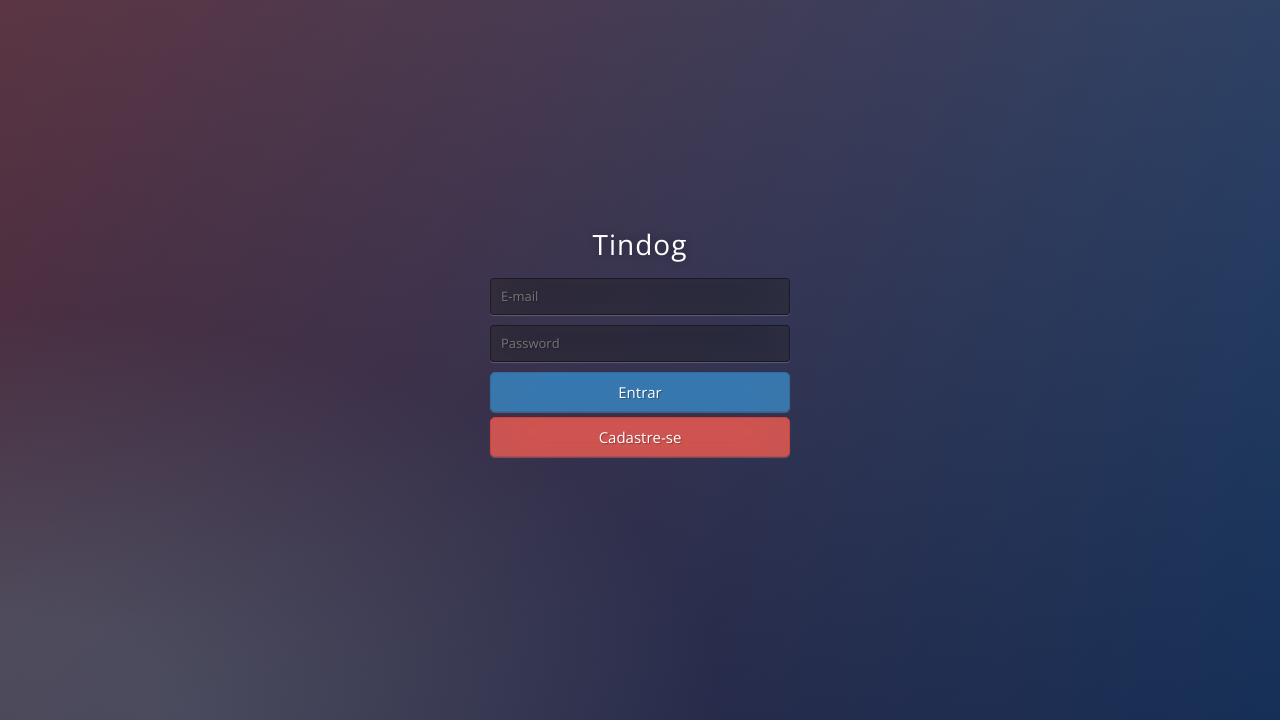
Repository: moises2112/Projetos
Page: http://localhost/Dog/LoginController.do?action=logar
These files come from the project's save history. The page is drawn as it stood at one moment and after the next save; the edit follows.
The browser window is 1280 px wide. The pictures show the whole page.
Some web libraries are served in a nearby version. The page is served by Tomcat 9.

Above is the page before, as saved 2017-06-13 00:50:01.

After the next save:
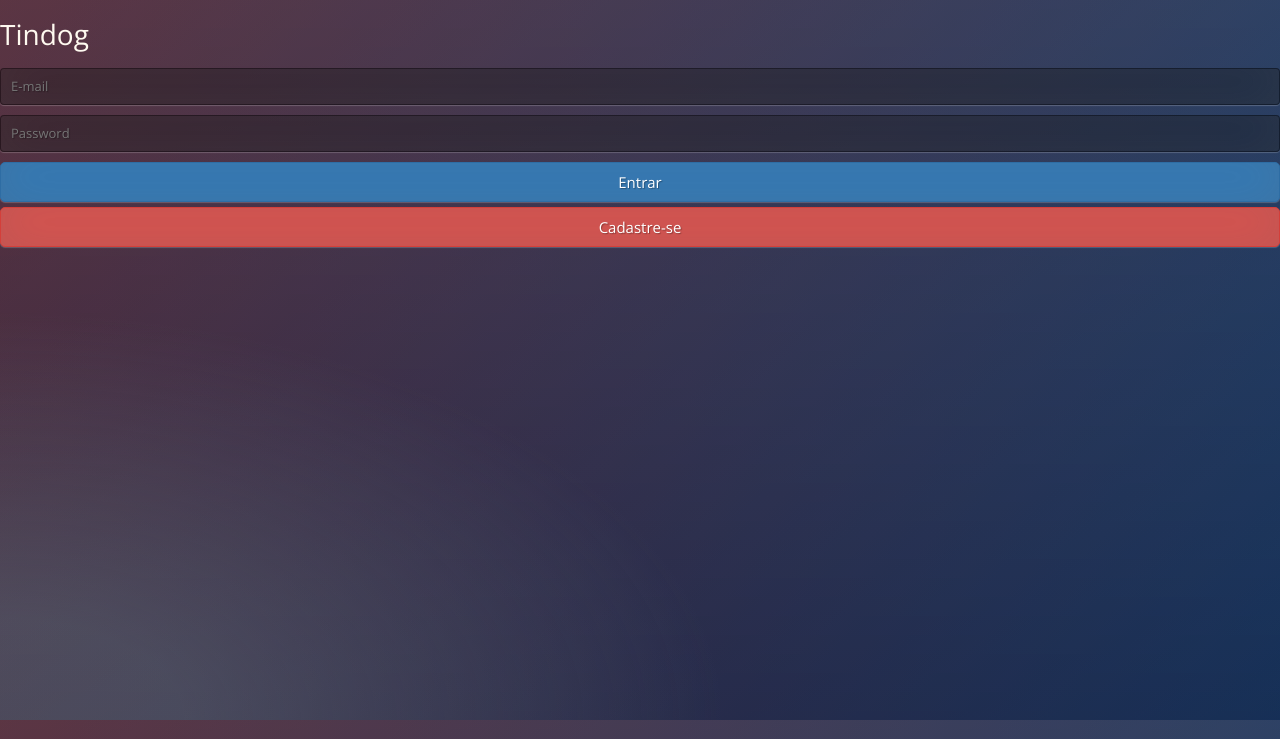
Saved 22 h 54 min later.
--- a/Dog/WebContent/login.jsp
+++ b/Dog/WebContent/login.jsp
@@ -82,22 +82,6 @@ body {
 		endColorstr='#092756', GradientType=1);
 }
 
-.login {
-	position: absolute;
-	top: 50%;
-	left: 50%;
-	margin: -150px 0 0 -150px;
-	width: 300px;
-	height: 300px;
-}
-
-.login h1 {
-	color: #fff;
-	text-shadow: 0 0 10px rgba(0, 0, 0, 0.3);
-	letter-spacing: 1px;
-	text-align: center;
-}
-
 input {
 	width: 100%;
 	margin-bottom: 10px;
